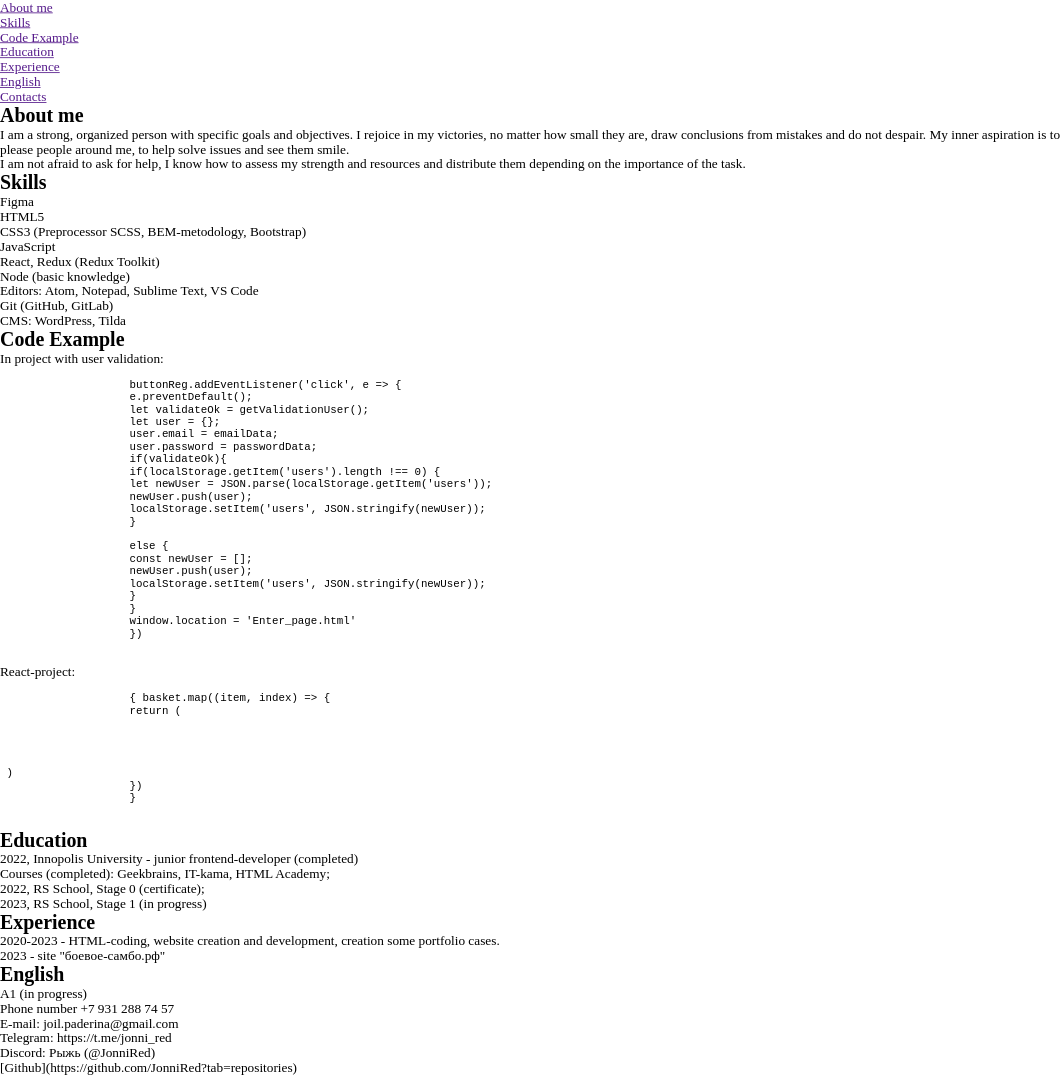
Repository: JonniRed/rsschool-cv-past
Page: index.html
An editor plug-in stored every save of this project. The page is shown before and after the next save, followed by the edit.
The browser window is 1280 px wide. The pictures show the whole page, at 83% of full size.

Above is the page before, as saved 2023-11-29 10:38:11.

### index.html
<!DOCTYPE html>
<html lang="en">

<head>
    <meta charset="UTF-8">
    <meta name="viewport" content="width=device-width, initial-scale=1.0">
    <link rel="stylesheet" href="style.css">
    <title>CV</title>
</head>

<body>
    <header>
        <nav>
            <ul class="nav">
                <li class="navigation-li"><a href="">About me</a></li>
                <li class="navigation-li"><a href="">Skills</a></li>
                <li class="navigation-li"><a href="">Code Example</a></li>
                <li class="navigation-li"><a href="">Education</a></li>
                <li class="navigation-li"><a href="">Experience</a></li>
                <li class="navigation-li"><a href="">English</a></li>
                <li class="navigation-li"><a href="">Contacts</a></li>
            </ul>
        </nav>
    </header>
    <main class="main">
        <section class="about-me">
            <h2>About me</h2>
            <p>I am a strong, organized person with specific goals and objectives. I rejoice in my victories, no matter
                how small they are, draw conclusions from mistakes and do not despair. My inner aspiration is to please
                people around me, to help solve issues and see them smile.</p>
            <p>I am not afraid to ask for help, I know how to assess my strength and resources and distribute them
                depending on the importance of the task.</p>
        </section>
        <section class="skill">
            <h2>Skills</h2>
            <ul class="skill-ul">
                <li>Figma</li>
                <li>HTML5</li>
                <li>CSS3 (Preprocessor SCSS, BEM-metodology, Bootstrap)</li>
                <li>JavaScript</li>
                <li>React, Redux (Redux Toolkit)</li>
                <li>Node (basic knowledge)</li>
                <li>Editors: Atom, Notepad, Sublime Text, VS Code</li>
                <li>Git (GitHub, GitLab)</li>
                <li>CMS: WordPress, Tilda</li>
            </ul>
        </section>
        <section class="code">
            <h2>Code Example</h2>
            <p>In project with user validation:</p>
            <pre>
                <code>
                    buttonReg.addEventListener('click', e => {
                    e.preventDefault();
                    let validateOk = getValidationUser();
                    let user = {};
                    user.email = emailData;
                    user.password = passwordData;
                    if(validateOk){
                    if(localStorage.getItem('users').length !== 0) {
                    let newUser = JSON.parse(localStorage.getItem('users'));
                    newUser.push(user);
                    localStorage.setItem('users', JSON.stringify(newUser));
                    }

                    else {
                    const newUser = [];
                    newUser.push(user);
                    localStorage.setItem('users', JSON.stringify(newUser));
                    }
                    }
                    window.location = 'Enter_page.html'
                    })
                </code>
            </pre>
            <p>React-project:</p>
            <pre>
                <code>
                    { basket.map((item, index) => {
                    return (
                    <div className="basket__item" key={index}>
                        <BasketItem id={item.id} url={item.img} name={item.title} price={item.price}
                            count={item.count} />
                    </div> )
                    })
                    }
                </code>
            </pre>
        </section>
        <section class="edu">
            <h2>Education</h2>
            <ul class="edu-ul">
                <li>2022, Innopolis University - junior frontend-developer (completed)</li>
                <li>Courses (completed): Geekbrains, IT-kama, HTML Academy;</li>
                <li>2022, RS School, Stage 0 (certificate);</li>
                <li>2023, RS School, Stage 1 (in progress)</li>
            </ul>
        </section>
        <section class="experience">
            <h2>Experience</h2>
            <ul class="exp">
                <li>2020-2023 - HTML-coding, website creation and development, creation some portfolio cases.</li>
                <li>2023 - site "боевое-самбо.рф"</li>
            </ul>
        </section>
        <section class="english">
            <h2>English</h2>
            <p>A1 (in progress)</p>
        </section>
        <section class="contact">
            <ul class="contact-ul">
                <li>Phone number +7 931 288 74 57</li>
                <li>E-mail: joil.paderina@gmail.com</li>
                <li>Telegram: https://t.me/jonni_red</li>
                <li>Discord: Рыжь (@JonniRed)</li>
                <li>[Github](https://github.com/JonniRed?tab=repositories)</li>
            </ul>
        </section>
    </main>
    <footer class="footer">

    </footer>
</body>

</html>

Loaded but not shown: style.css (common file)

After the next save:
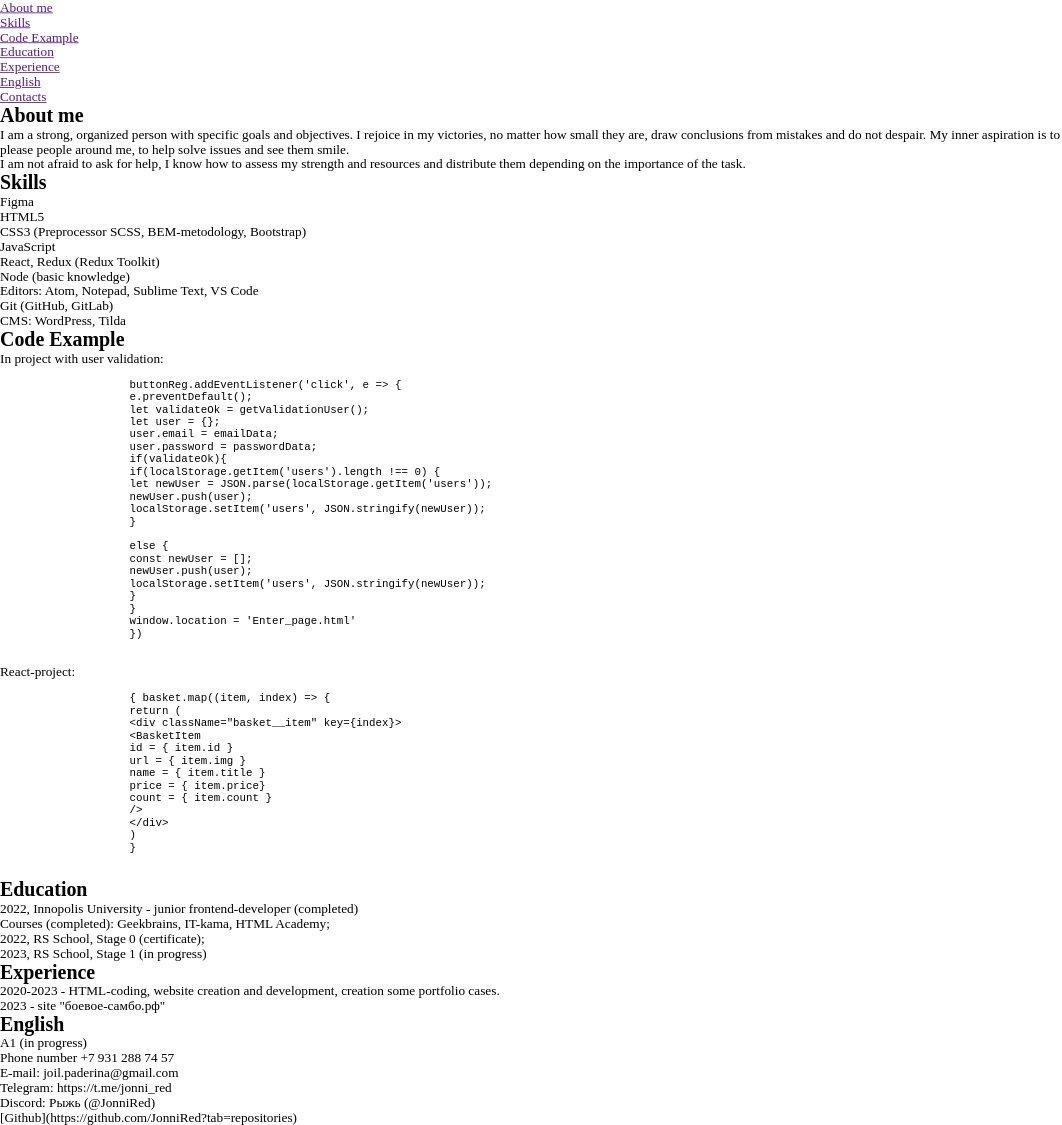
Saved 19 min 7 s later.
--- a/index.html
+++ b/index.html
@@ -78,11 +78,16 @@
                 <code>
                     { basket.map((item, index) => {
                     return (
-                    <div className="basket__item" key={index}>
-                        <BasketItem id={item.id} url={item.img} name={item.title} price={item.price}
-                            count={item.count} />
-                    </div> )
-                    })
+                    &lt;div className="basket__item" key={index}&gt;
+                    &lt;BasketItem
+                    id = { item.id }
+                    url = { item.img }
+                    name = { item.title }
+                    price = { item.price}
+                    count = { item.count }
+                    /&gt;
+                    &lt;/div&gt;
+                    )
                     }
                 </code>
             </pre>
